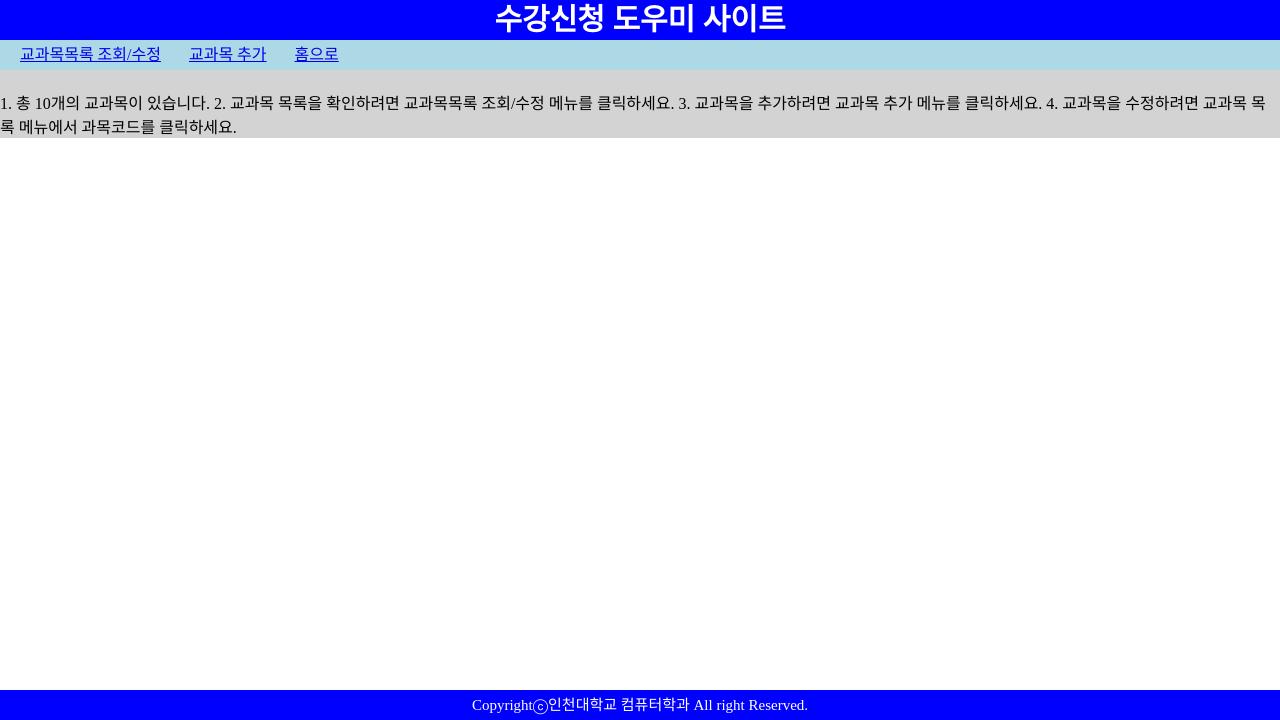
Repository: leesuyeon116/HRD_2
Page: http://localhost/HRD_0419/
The author's editor kept a copy of each file at every save. The page is drawn from the files as they stood at one save, then again after the next save.
The browser window is 1280 px wide. The pictures show the whole page.
The page is served by Tomcat 9.

Above is the page before, as saved 2024-04-19 04:51:24.

After the next save:
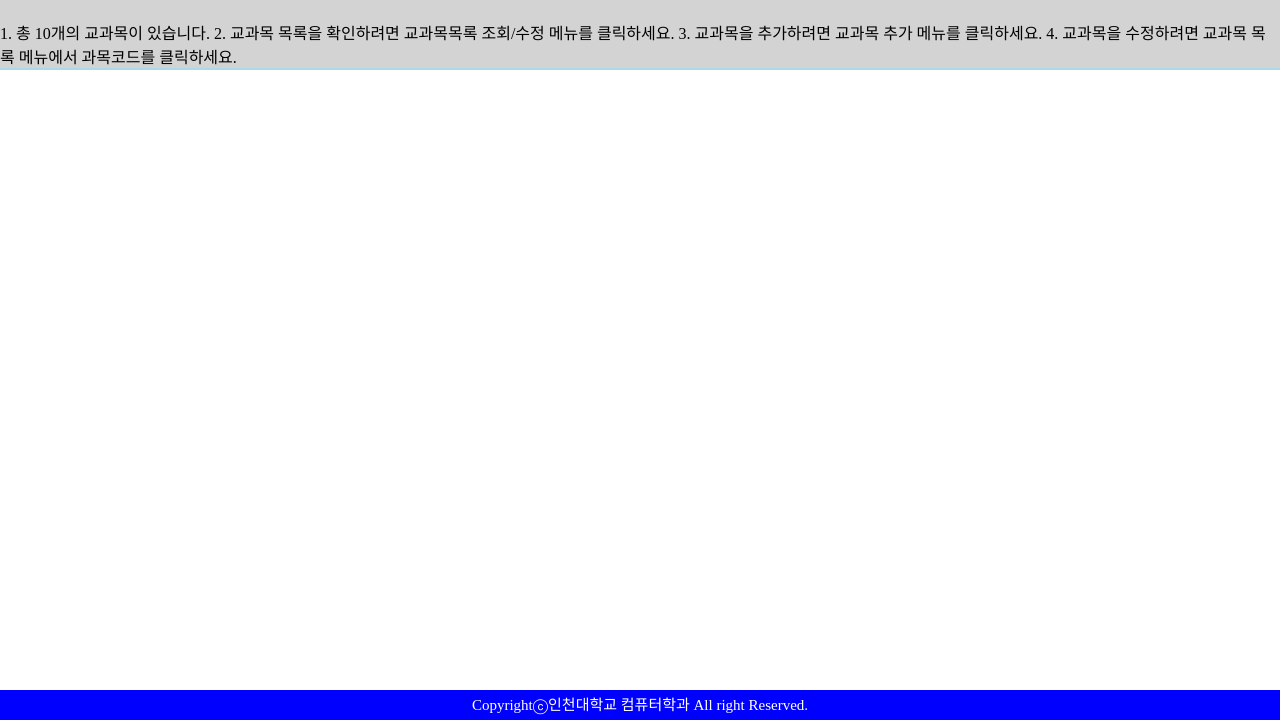
Saved 97 s later.
--- a/HRD_0419/src/main/webapp/index.jsp
+++ b/HRD_0419/src/main/webapp/index.jsp
@@ -9,7 +9,7 @@
 <body>
 	<jsp:include page="header.jsp"></jsp:include>
 
-		<section style="position: fixed; top: 70px;left: 0px; width: 100%; background-color: lightgray">
+		<section style="position: fixed; top: 0px;left: 0px; width: 100%; background-color: lightgray">
 			<h2 style="text-align: center;"></h2>
 				1. 총 10개의 교과목이 있습니다.
 				2. 교과목 목록을 확인하려면 교과목목록 조회/수정 메뉴를 클릭하세요.

After the save that followed:
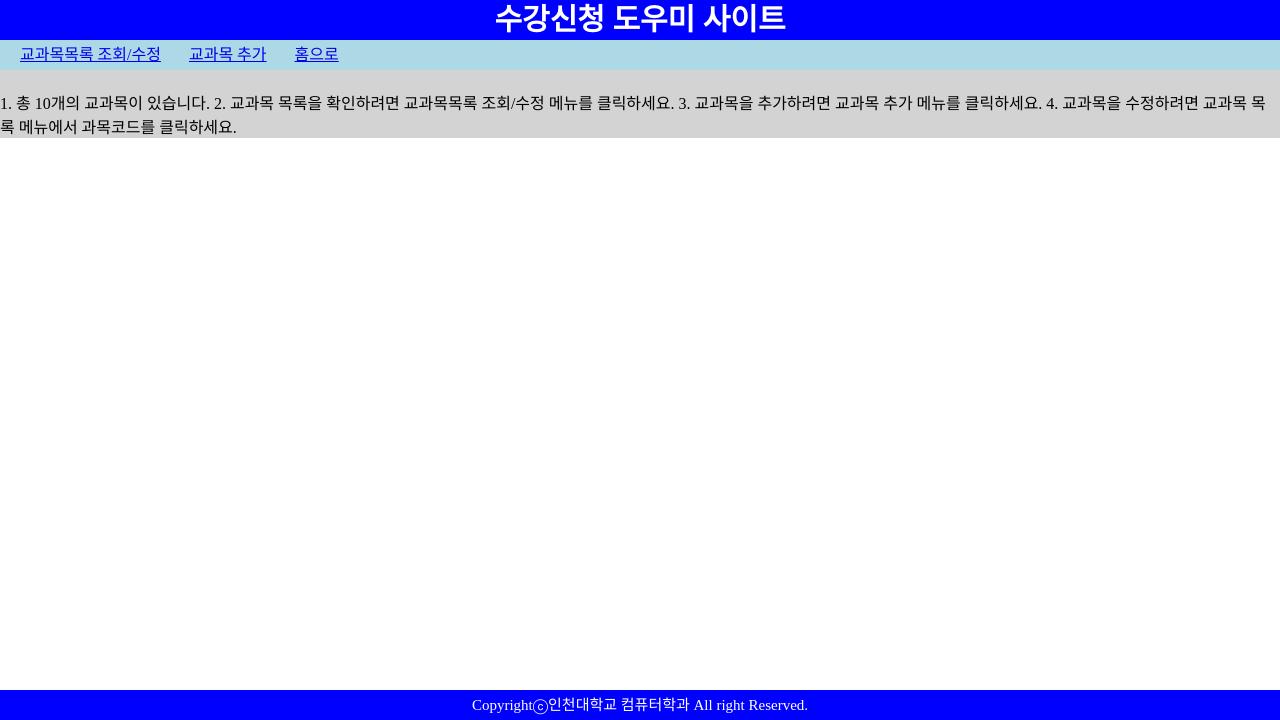
Saved 6 s later.
--- a/HRD_0419/src/main/webapp/index.jsp
+++ b/HRD_0419/src/main/webapp/index.jsp
@@ -9,7 +9,7 @@
 <body>
 	<jsp:include page="header.jsp"></jsp:include>
 
-		<section style="position: fixed; top: 0px;left: 0px; width: 100%; background-color: lightgray">
+		<section style="position: fixed; top: 70px;left: 0px; width: 100%; background-color: lightgray">
 			<h2 style="text-align: center;"></h2>
 				1. 총 10개의 교과목이 있습니다.
 				2. 교과목 목록을 확인하려면 교과목목록 조회/수정 메뉴를 클릭하세요.
